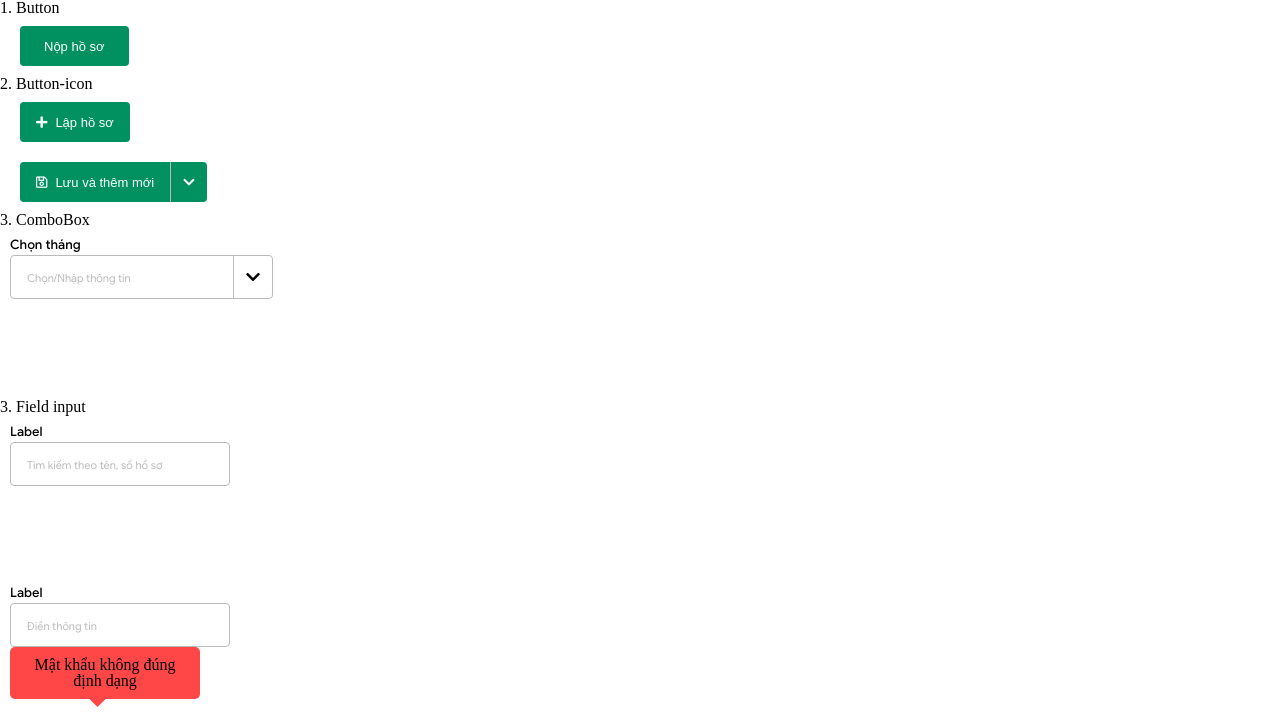
Repository: DAOVANLOI2K1/cukcuk_employeeGrid
Page: Page/index.html
The author's editor kept a copy of each file at every save. The page is drawn from the files as they stood at one save, then again after a run of saves.
The browser window is 1280 px wide. The pictures show the whole page.

Above is the page before, as saved 2022-06-28 09:56:47.

### Page/index.html
<!DOCTYPE html>
<html lang="en">
<head>
    <meta charset="UTF-8">
    <meta http-equiv="X-UA-Compatible" content="IE=edge">
    <meta name="viewport" content="width=\\, initial-scale=1.0">
    <link rel="stylesheet" href="../css/common/common.css">
    <link rel="stylesheet" href="../css/layout/reset.css">
    <link rel="stylesheet" href="../asset/font/fontawesome-5.15.1/css/all.min.css">
    <title>Document</title>
</head>
<body>
    <label>1. Button</label>
    <div class="row">
        <button class="ms-btn">Nộp hồ sơ</button>
    </div>
    <label>2. Button-icon</label>
    <div class="row">
        <button class="ms-btn ms-btn-icon"><i class="fas fa-plus icon"></i>Lập hồ sơ</button>
    </div>
    <div class="row">
        <button class="ms-btn ms-btn-icon btn2"><i class="far fa-save icon"></i>Lưu và thêm mới</button>
        <button class="ms-btn arrow-down"><i class="fas fa-chevron-down icon"></i></button>
    </div>
    <label>3. ComboBox</label>
    <div class="row">
        <h3 class="label">Chọn tháng</h3>
        <div class="combo_box">
            <input type="text" class="ms-input input1" id="input" placeholder="Chọn/Nhập thông tin">
            <i class="fas fa-chevron-down icon"></i>
            <div class="options-dropdown">
                <div class="option">
                    <i class="fas fa-check option_icon"></i>
                    <h3 class="option_text">Trạng thái 1</h3>
                </div>
                <div class="option">
                    <i class="fas fa-check option_icon"></i>
                    <h3 class="option_text">Trạng thái 2</h3>
                </div>
            </div>
        </div>
    </div>
    <label>3. Field input</label>
    <div class="row">
        <h3 class="label">Label</h3>
        <input type="text" class="ms-input" placeholder="Tìm kiếm theo tên, số hồ sơ">
    </div>
    <div class="row" style="margin-top: 100px;">
        <h3 class="label">Label</h3>
        <input type="text" class="ms-input" placeholder="Điền thông tin">
        <div class="error_box">
            <h2 class="error_message">Mật khẩu không đúng định dạng</h2>
        </div>
    </div>
    <script src="../js/main.js"></script>
</body>
</html>

### css/common/common.css
@import url(button.css);
@import url(input.css);
@import url(combobox.css);
@import url(fieldInput.css);

body {
    font-family: GoogleSans-Regular;
    box-sizing: border-box;
}

.row {
    margin-left: 10px;
}

@font-face {
    font-family: GoogleSans-Bold;
    src: url(../../asset/font/GoogleSans-Bold.otf);
}
@font-face {
    font-family: GoogleSans-Medium;
    src: url(../../asset/font/GoogleSans-Medium.otf);
}
@font-face {
    font-family: GoogleSans-Regular;
    src: url(../../asset/font/GoogleSans-Regular.otf);
}

### js/main.js
// click arrow combobox
document.querySelector('.combo_box .icon').addEventListener('click', function(e) {
    this.classList.toggle('active');
    document.getElementsByClassName('option')[1].classList.remove('active');
    document.getElementsByClassName('option')[0].classList.remove('active');
});
// click option drop combobox
document.getElementsByClassName('option')[0].addEventListener('click', function() {
    this.classList.add('active');
    document.getElementsByClassName('option')[1].classList.remove('active');
    document.getElementById('input').value = 'Trạng thái 1';
});
document.getElementsByClassName('option')[1].addEventListener('click', function() {
    this.classList.add('active');
    document.getElementsByClassName('option')[0].classList.remove('active');
    document.getElementById('input').value = 'Trạng thái 2';
});

### css/common/button.css
.ms-btn {
    margin: 10px;
    height: 40px;
    padding: 0 24px;
    color: #fff;
    background-color: #019160;
    border-radius: 4px;
    font-size: 13px;
    align-items: center;
    border: none;
    cursor: pointer;
    min-width: 100px;
    transition: all .1s linear;
}

.ms-btn:hover {
    background-color: #2fbe8e;
}

.ms-btn:active {
    background-color: #01b075;
}

.ms-btn-icon {
    padding: 0 16px;
    text-align: left;
    margin-right: 0;
}

.ms-btn-icon > .icon{
    margin-right: 8px;
}

.btn2 {
    border-top-right-radius: 0;
    border-bottom-right-radius: 0;
}

.arrow-down {
    padding: 0 12px;
    min-width: unset;
    margin-left: -4px;
    border-left: 1px solid #bbb;
    border-bottom-left-radius: 0;
    border-top-left-radius: 0;
}
.arrow-down:hover > .icon {
    transform: rotate(180deg);
}

### css/common/input.css
.ms-input {
    outline: none;
    padding-left: 16px;
    height: 40px;
    border: 1px solid #bbb;
    border-radius: 4px;
    width: 200px;
    font-size: 13px;
    color: #000;
}

.label {
    margin-top: 10px;
    margin-bottom: 4px;
    font-size: 13px;
    color: #000;
    font-family: GoogleSans-Medium;
}

.ms-input::placeholder {
    font-size: 11px;
    color: #bbb;
    font-family: GoogleSans-Regular;
}

.ms-input:focus {
    border-color: #019160;
}

### css/common/combobox.css
.input1 {
    padding-right: 45px;
}

.combo_box {
    position: relative;
    display: inline-block;
    margin-bottom: 100px;
}

.combo_box > .icon {
    position: absolute;
    top: 1px;
    right: 1px;
    padding: 13px 12px;
    border-left: 1px solid #bbb;
    border-top-right-radius: 4px;
    border-bottom-right-radius: 4px;
    cursor: pointer;
}
.icon.active {
    border-top-right-radius: 0;
    border-bottom-right-radius: 0;
    border-top-left-radius: 4px;
    border-bottom-left-radius: 4px;
    border-left: none;
    border-right: 1px solid #bbb;
    background-color: #e9ebee;
    transform: rotate(180deg);
}
.icon.active ~ .options-dropdown {
    opacity: 1;
    visibility: visible;
}

.options-dropdown {
    position: absolute;
    padding: 5px 0;
    top: 100%;
    left: 0;
    width: 100%;
    border-radius: 4px;
    box-shadow: 0 2px 5px 0 rgba(0, 0, 0, 0.432);
    opacity: 0;
    visibility: hidden;
    transition: all .1s linear;
}

.option {
    display: flex;
    align-items: center;
    height: 40px;
}

.option_icon {
    margin: 0 10px;
    font-size: 16px;
    opacity: 0;
}

.option:hover {
    background-color: #e9ebee;
}

.option.active {
    background-color: #019160;
    color: white;
}
.option.active > .option_icon{
    opacity: 1;
}

### css/common/fieldInput.css
.error_box {
    width: 150px;
    padding: 10px 20px;
    background-color: #ff4747;
    text-align: center;
    border-radius: 5px;
    position: relative;
    transform: translate();
}

.error_box::before {
    content: "";
    position: absolute;
    bottom: -5px;
    right: 50%;
    width: 15px;
    height: 15px;
    background-color: #ff4747;
    transform: rotate(45deg);
}

Loaded but not shown: css/layout/reset.css (common file); asset/font/fontawesome-5.15.1/css/all.min.css (library)

After the next 2 saves:
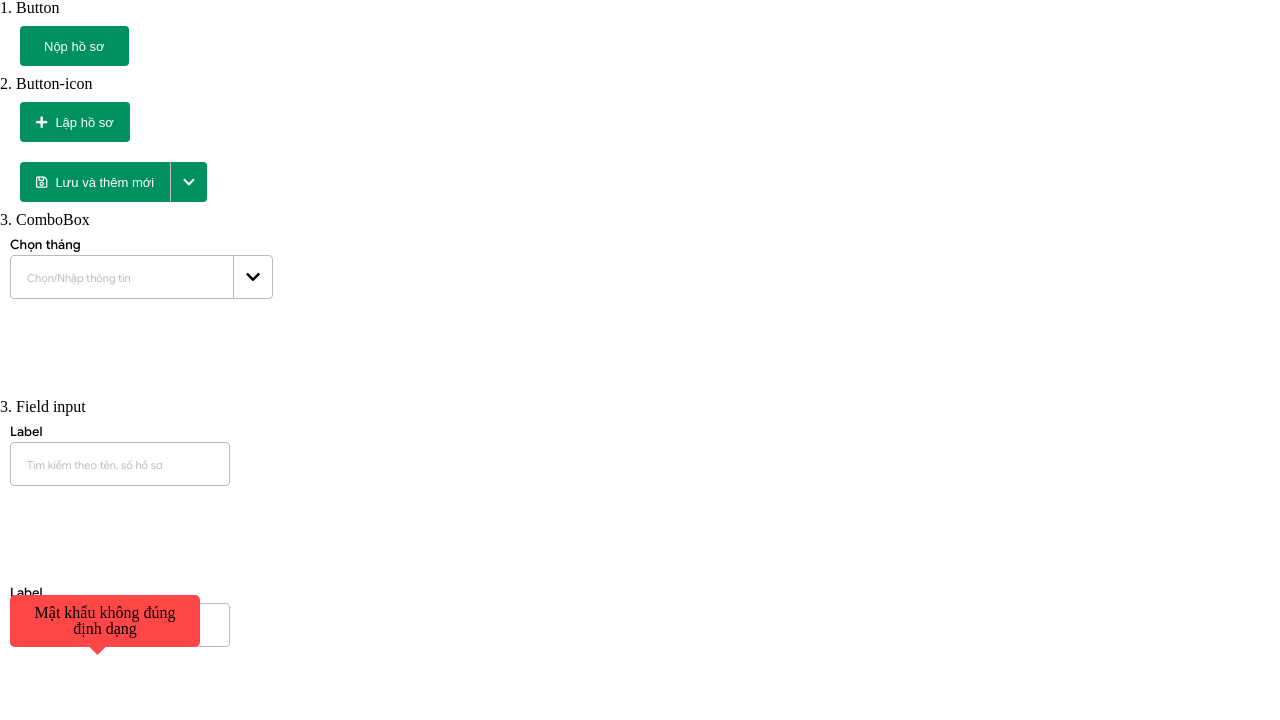
The 2 saves are shown as one change because they came seconds apart.
The last was saved 7 s later.
--- a/css/common/fieldInput.css
+++ b/css/common/fieldInput.css
@@ -5,7 +5,7 @@
     text-align: center;
     border-radius: 5px;
     position: relative;
-    transform: translate();
+    transform: translateY(-100%);
 }
 
 .error_box::before {
